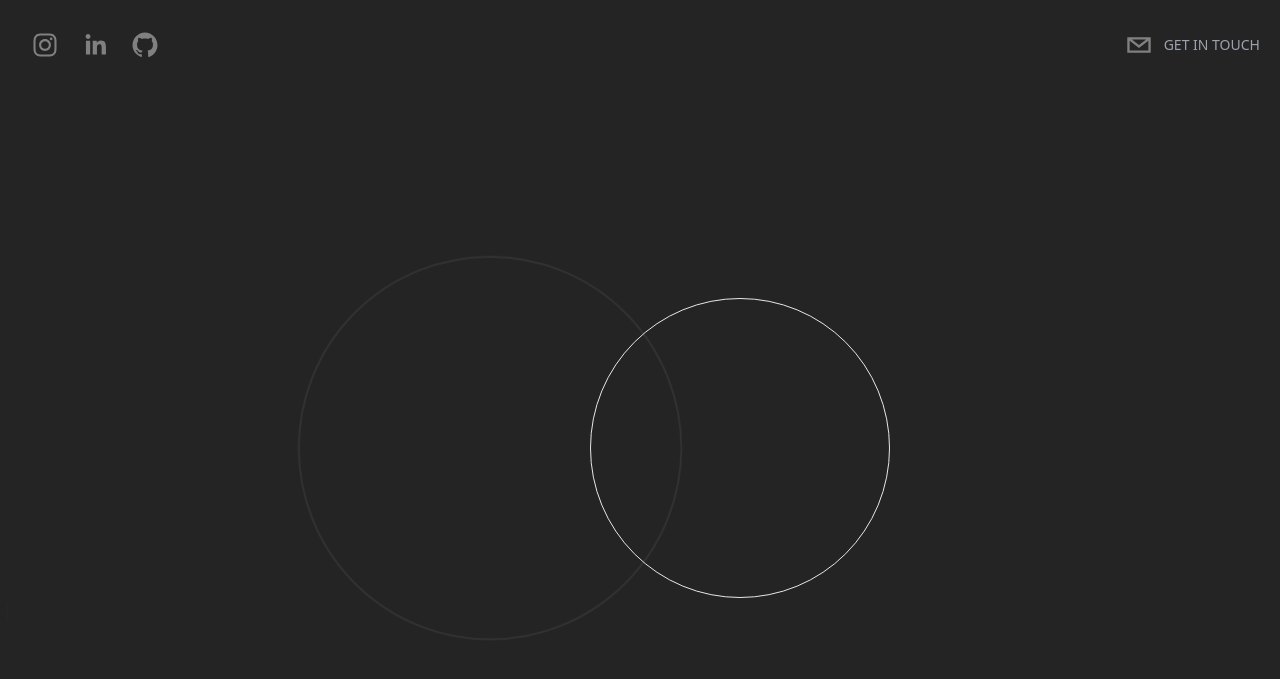
Repository: husainmamuwala/portfolio2.0
Page: /
The author's editor kept a copy of each file at every save. The page is drawn from the files as they stood at one save, then again after the next save.
The browser window is 1280 px wide. The pictures show the whole page.
The project was rebuilt for these pictures with package versions that can differ from the ones it lists, and the page was loaded fresh each time. The framework's server and built-in components were replaced by stand-ins that run in the browser. Also part of the build but not shown: next.config.js.

Above is the page before, as saved 2022-09-17 18:33:42.

### pages/index.tsx
import type { NextPage } from 'next'
import Head from 'next/head'
import Image from 'next/image'
import Header from '../components/Header'
import Hero from '../components/Hero'
import styles from '../styles/Home.module.css'

const Home: NextPage = () => {
  return (
    <div className='bg-[rgb(36,36,36)] text-white h-screen'>
      <Header/>
      <section id='hero'>
      <Hero/>
      </section>
    </div>

  )
}

export default Home

### components/Header.tsx
import React from 'react'
import { SocialIcon } from 'react-social-icons';
import {motion} from 'framer-motion'

type Props = {}

export default function Header({}: Props) {
  return (
    <header className='sticky top-0 p-5 flex items-start max-w-7xl justify-between mx-auto z-20
    xl:items-center'>

        <motion.div
        initial={{
            x:-500,
            opacity:0,
            scale:0.5
        }}
        animate={{
            x:0,
            opacity:1,
            scale:1
        }}
        transition={{
            duration:1.5
        }}
        className='flex flex-row items-center'>
            <SocialIcon
            url='https://www.instagram.com/husain_mamuwala'
            fgColor='gray'
            bgColor='transparent'/>
             <SocialIcon
            url='https://www.linkedin.com/husain_mamuwala'
            fgColor='gray'
            bgColor='transparent'/>
             <SocialIcon
            url='https://www.github.com/husain_mamuwala'
            fgColor='gray'
            bgColor='transparent'/>
        </motion.div>

        <motion.div
        initial={{
            x:500,
            opacity:0,
            scale:1.5
        }}
        animate={{x:0,opacity:1,scale:1}}
        transition={{duration:1.5}}
        className="flex felx-row items-center text-gray-400">
            <SocialIcon
            className='cursor-pointer'
            network='email'
            fgColor='gray'
            bgColor='transparent'/>

            <p className=' uppercase hidden md:inline-flex text-sm text-gray-400'>
                Get In Touch
            </p>
        </motion.div>
    </header>

  )
}

### components/Hero.tsx
import React from 'react'
import {useTypewriter,Cursor} from 'react-simple-typewriter';
import BackgroundCircles from './BackgroundCircles';

type Props = {}

export default function Hero({}: Props) {
    const {text,count} = useTypewriter({
        words:["Hi , My Name is Husain","Guy-who-loves-cycling.tsx","<Student/>"],
        loop:true,
        delaySpeed: 2000,
    });
  return (
    <div>
        <BackgroundCircles/>
        <h1>
            <span>{text}</span>
            <Cursor />
        </h1>

    </div>
  );
}

### components/BackgroundCircles.tsx
import React from 'react'

type Props = {}

function BackgroundCircles({}: Props) {
  return (
    <div className='relative flex justify-center items-center'>
        <div className='border [#333333] rounded-full h-[200px] w-[200px] animate-ping mt-52'/>
        <div className='border [#333333] rounded-full h-[300px] w-[300px] mt-52'/>
        <div/>
        <div/>
        <div/>
    </div>
  )
}

export default BackgroundCircles

Loaded but not shown: pages/_app.tsx (common file); styles/globals.css (common file); tailwind.config.js (common file)

After the next save:
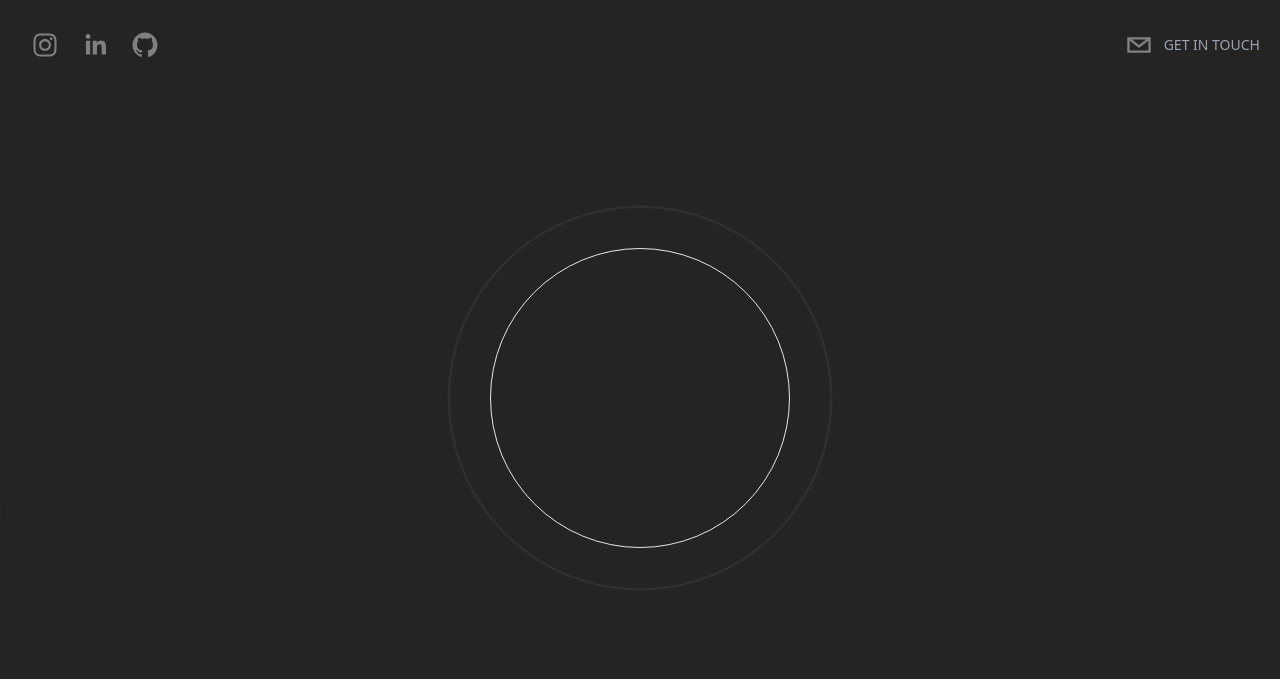
Saved 30 s later.
--- a/components/BackgroundCircles.tsx
+++ b/components/BackgroundCircles.tsx
@@ -6,7 +6,7 @@ function BackgroundCircles({}: Props) {
   return (
     <div className='relative flex justify-center items-center'>
         <div className='border [#333333] rounded-full h-[200px] w-[200px] animate-ping mt-52'/>
-        <div className='border [#333333] rounded-full h-[300px] w-[300px] mt-52'/>
+        <div className=' absolute border [#333333] rounded-full h-[300px] w-[300px] mt-52'/>
         <div/>
         <div/>
         <div/>
